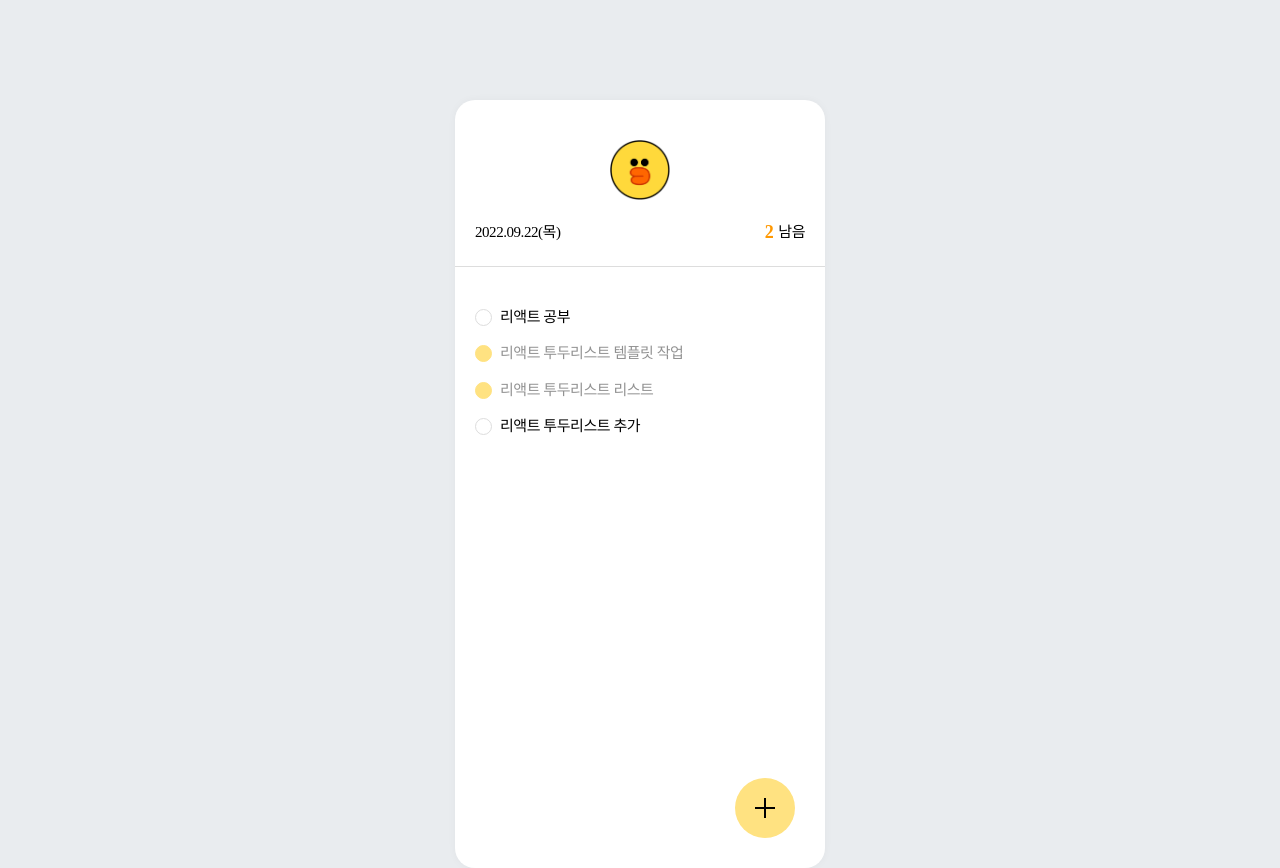
Repository: kwak0630/react-todo
Page: /
An editor plug-in stored every save of this project. The page is shown before and after the next save, followed by the edit.
The browser window is 1280 px wide. The pictures show the whole page.
The project was rebuilt for these pictures with package versions that can differ from the ones it lists, and the page was loaded fresh each time.

Above is the page before, as saved 2022-09-22 16:33:06.

### public/index.html
<!DOCTYPE html>
<html lang="en">
  <head>
    <meta charset="utf-8" />
    <link rel="icon" href="../src/assets/images/ico_sally.png" />
    <meta name="viewport" content="width=device-width, initial-scale=1" />
    <meta name="theme-color" content="#000000" />
    <meta
      name="description"
      content="Web site created using create-react-app"
    />
    <link rel="apple-touch-icon" href="%PUBLIC_URL%/logo192.png" />
    <!--
      manifest.json provides metadata used when your web app is installed on a
      user's mobile device or desktop. See https://developers.google.com/web/fundamentals/web-app-manifest/
    -->
    <link rel="manifest" href="%PUBLIC_URL%/manifest.json" />
    <!--
      Notice the use of %PUBLIC_URL% in the tags above.
      It will be replaced with the URL of the `public` folder during the build.
      Only files inside the `public` folder can be referenced from the HTML.

      Unlike "/favicon.ico" or "favicon.ico", "%PUBLIC_URL%/favicon.ico" will
      work correctly both with client-side routing and a non-root public URL.
      Learn how to configure a non-root public URL by running `npm run build`.
    -->
    <title>React - TodoList Test</title>
  </head>
  <body>
    <noscript>You need to enable JavaScript to run this app.</noscript>
    <div id="root"></div>
    <!--
      This HTML file is a template.
      If you open it directly in the browser, you will see an empty page.

      You can add webfonts, meta tags, or analytics to this file.
      The build step will place the bundled scripts into the <body> tag.

      To begin the development, run `npm start` or `yarn start`.
      To create a production bundle, use `npm run build` or `yarn build`.
    -->
  </body>
</html>

### src/App.js

import React from 'react'
import TodoTemplate from './components/TodoTemplate';
import TodoHeader from './components/TodoHeader';
import TodoList from './components/TodoList';
import TodoCreate from './components/TodoCreate';
import "./assets/css/style.scss"


const todos = [
  {
    id: 1,
    text: '리액트 공부',
    done: false
  },
  {
    id: 2,
    text: '리액트 투두리스트 템플릿 작업',
    done: true
  },
  {
    id: 3,
    text: '리액트 투두리스트 리스트',
    done: true
  },
  {
    id: 4,
    text: '리액트 투두리스트 추가',
    done: false
  }
]
function App() {
  return (
    <div>
      <TodoTemplate>
        <TodoHeader />
        <TodoList todos={todos} />
        <TodoCreate />
      </TodoTemplate>
    </div>
  );
}

export default App;

### src/components/TodoTemplate.js
import React from 'react';
import styled from 'styled-components';

const TodoTemplateBlock = styled.div`
    position: relative;

    display: flex;
    flex-direction: column;

    width: 370px;
    height: 768px;
    margin: 100px auto 0;

    background: white;
    border-radius: 20px;
    box-shadow: 0 0 8px 0 rgba(0, 0, 0, 0.04);
`;

function TodoTemplate({children}){
    return (
        <TodoTemplateBlock>
            {children}
        </TodoTemplateBlock>
    )
}

export default TodoTemplate;

### src/components/TodoHeader.js
import React from 'react';
import styled from 'styled-components';

const TodoHeaderBlock = styled.div`
    padding:40px 0 0;
    text-align: center;
    h1{
        font-size: 25px;
    }
    .sally{
        width: 60px;
    }
    .header-box{
        display: flex;
        justify-content: space-between;
        align-items: center;
        padding: 20px;
        border-bottom: 1px solid #ddd;
        .task{
            display: flex;
            justify-content: space-between;
            align-items: center;
            em{
                padding-right: 5px;
                font-size: 18px;
                font-weight: 700;
                color: #ff9800;
            }
        }
    }
`;

function TodoHeader(){
    return (
        <TodoHeaderBlock>
            <img className="sally" src={require('../assets/images/ico_sally.png')} alt="sally icon" />
            <div className="header-box">
                <span className='day'>2022.09.22(목)</span>
                <span className='task'><em>2</em>남음</span>
            </div>
        </TodoHeaderBlock>
    )
}

export default TodoHeader;

### src/components/TodoList.js
import React from 'react';
import styled from 'styled-components';
import TodoItem from './TodoItem';

const TodoListBlock = styled.div`
    padding:40px 20px 0;

`;

function TodoList({todos}){
    return (
        <TodoListBlock>
            {todos.map((todo) =>
                <TodoItem
                    todo={todo}
                    key={todo.id}
                />
            )}
            {/* <TodoItem text="React 공부" />
            <TodoItem text="TodoList Template" done={true} /> */}
        </TodoListBlock>
    )
}

export default TodoList;

### src/components/TodoCreate.js
import React, {useState} from 'react';
import styled, {css} from 'styled-components';

const TodoCreateBlock = styled.div`
    // width: 100%;
`;
const CreateBox = styled.div`

    position: absolute;
    bottom: 37px;
    right: 100px;
    display: flex;
    align-items: center;

    .input-text{
        width: 170px;
        height: 45px;
        padding: 0 10px;
        border:1px solid #ddd;
        border-radius: 5px;
    }
    .btn-type{
        width: 60px;
        height: 45px;
        margin-left: 10px;
        border: none;
        border-radius: 5px;
        background: #ffe281;
        font-weight: 700;
    }
`;

const CreateBtn = styled.div`
    position: absolute;
    bottom: 30px;
    right: 30px;
    width: 60px;
    height: 60px;
    border-radius: 100%;
    background: #ffe281;
    font-size: 0;
    &:before{
        content: '';
        position: absolute;
        top: 50%;
        left: 50%;
        width: 20px;
        height: 2px;
        background: #000;
        transform: translate(-50%, -50%);
    }
    &:after{
        content: '';
        position: absolute;
        top: 50%;
        left: 50%;
        width: 2px;
        height: 20px;
        background: #000;
        transform: translate(-50%, -50%);
    }
    ${props =>
        props.open &&
        css`
        &:before {
            transform: translate(-50%, -50%) rotate(45deg);
        }
        &:after {
            transform: translate(-50%, -50%) rotate(45deg);
        }
      `}
`;

function TodoCreate(){
    const [open, setOpen] = useState(false);
    const onToggle = () => setOpen(!open);

    return (
        <TodoCreateBlock>
            {open && (
            <CreateBox>
                <input
                    type="text"
                    className="input-text"
                    placeholder='할 일을 입력하세요.'
                />
                <button type="submit" className='btn-type'>추가</button>
            </CreateBox>
            )}
            <CreateBtn onClick={onToggle} open={open}>
                추가
            </CreateBtn>
        </TodoCreateBlock>
    )
}

export default TodoCreate;

### src/assets/css/style.scss

* {margin:0;padding:0;vertical-align:baseline;-webkit-text-size-adjust:100%;box-sizing:border-box;word-break:break-all;
  font-family: 'LeferiPoint-r';}
::before,::after{box-sizing:border-box;}

body {line-height:1.43;font-family:LeferiPoint-r,Noto,sans-serif;font-size:15px;letter-spacing:-0.03em;}
article, aside, details, figcaption, figure, footer, header, hgroup, menu, nav, section {display:block;}
ol, ul {list-style: none;}
blockquote, q {quotes: none;}
blockquote:before, blockquote:after,q:before, q:after {content: '';display:block;}

/* 테이블 스타일 초기화 */
table {width:100%;border-collapse:collapse;border-spacing:0;empty-cells:show;table-layout:fixed;}
th,td{font-weight:600;}
td {word-wrap:break-word;word-break:keep-all;}
fieldset {border:0;margin:0;padding:0;}
legend, caption {visibility:hidden;overflow:hidden;width:0;height:0;font-size:0;line-height:0;}
address, caption, em, var{font-style:normal;font-weight:inherit;}

/* 링크 */
a{text-decoration:none;}

pre{font-family: inherit;white-space: pre-wrap;}

/* 이미지, 폼관련 요소 */
img {border:0;vertical-align:top;width:100%;}

body {
  background: #e9ecef;
}

### src/components/TodoItem.js
import React from 'react';
import styled, {css} from 'styled-components';

const TodoItemBlock = styled.div`
    display: flex;
    align-items: center;

    margin-bottom: 15px;
`;
const Check = styled.div`
    width: 17px;
    height: 17px;
    margin-right: 8px;
    border: 1px solid #ddd;
    border-radius: 100%;
    ${props =>
    props.done &&
    css`
      background: #ffe281;
      border-color: #ffe281;
    `}

`;

const Text = styled.div`
    position: relative;
    font-size: 15px;
    ${props =>
    props.done &&
    css`
      color: #929292;
    `}

`;

function TodoItem({todo}){
    const { text, done } = todo;
    return (
        <TodoItemBlock>
            <Check done={done}></Check>
            <Text done={done}>
                {text}
            </Text>
            {/* <LineWrap done={done}>{done && <Line />}</LineWrap> */}
            {/* <Check done={done}></Check>
            <Text done={done}>
                {text}
                {done && <Line done={done}/>}
            </Text> */}
            {/* {text} */}
        </TodoItemBlock>
    )
}

export default TodoItem;

Loaded but not shown: src/index.js (common file); src/index.css (common file); src/reportWebVitals.js (common file)

After the next save:
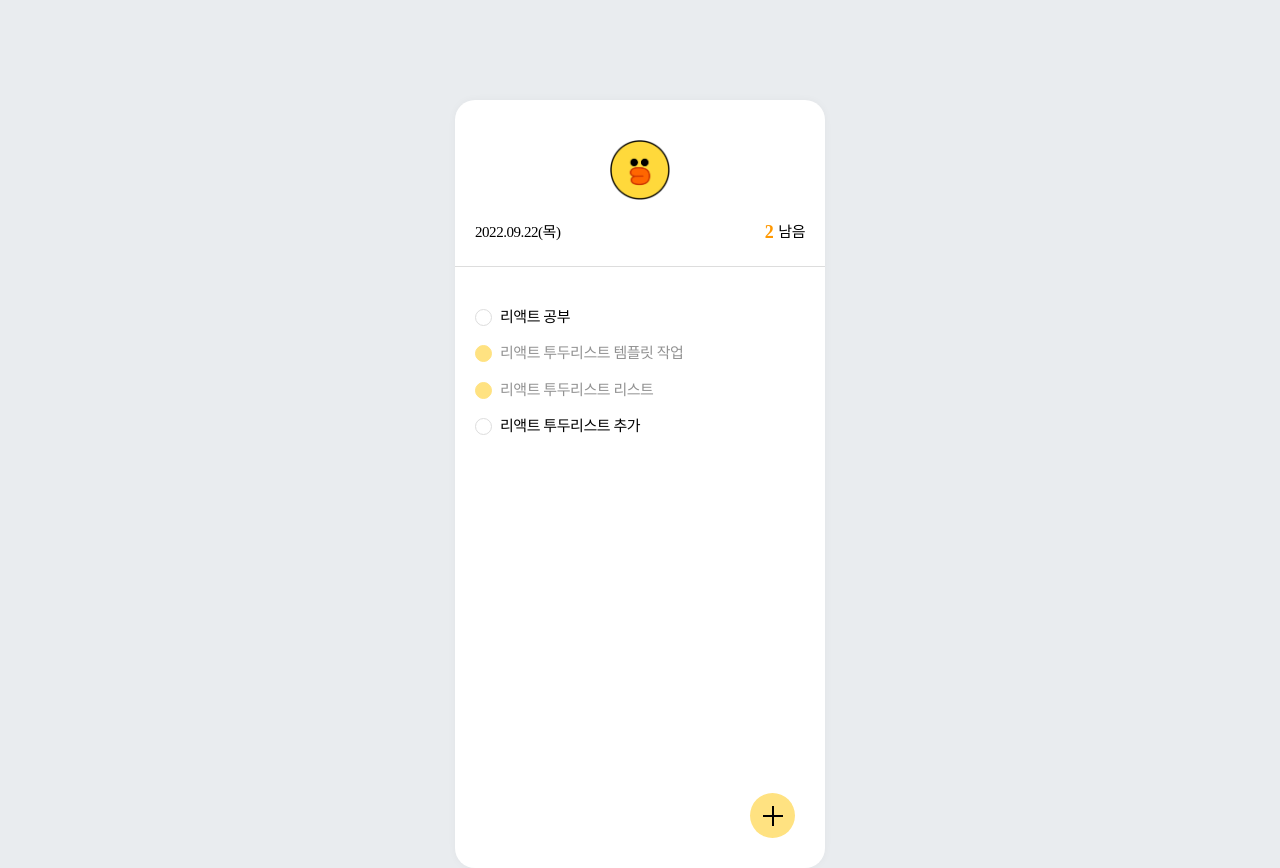
Saved 10 s later.
--- a/src/components/TodoCreate.js
+++ b/src/components/TodoCreate.js
@@ -34,8 +34,8 @@
     position: absolute;
     bottom: 30px;
     right: 30px;
-    width: 60px;
-    height: 60px;
+    width: 45px;
+    height: 45px;
     border-radius: 100%;
     background: #ffe281;
     font-size: 0;
